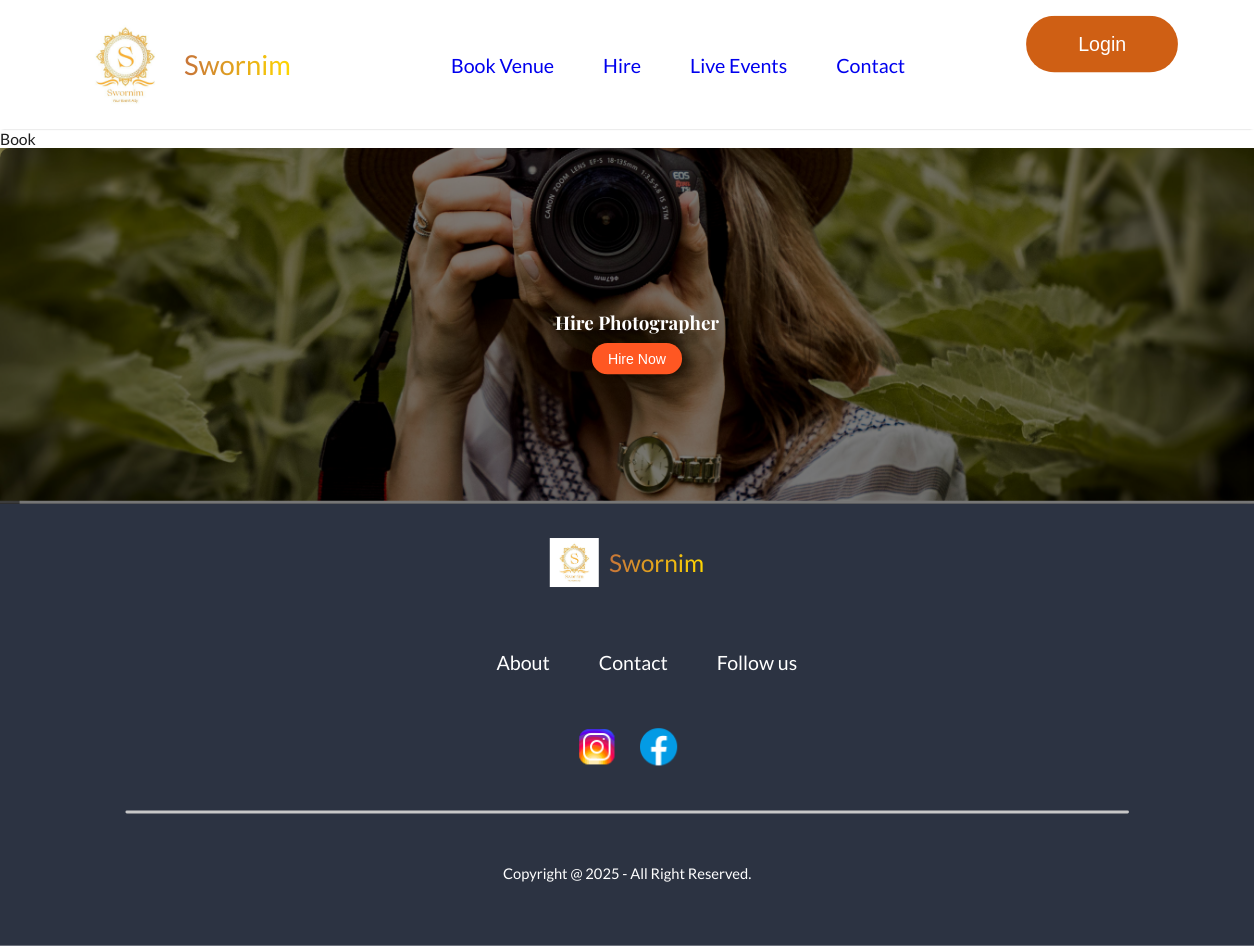
Repository: leonischu/Swornim
Page: / (app in frontend/)
An editor plug-in stored every save of this project. The page is shown before and after the next save, followed by the edit.
The browser window is 1280 px wide. The pictures show the whole page, at 98% of full size.
Pictures or frames that could not be fetched are drawn as grey boxes. The project was rebuilt for these pictures with package versions that can differ from the ones it lists, and the page was loaded fresh each time. Also part of the build but not shown: frontend/src/App.css, frontend/src/Pages/Contact.jsx, frontend/src/Pages/CSS/LoginSignup.css, frontend/src/Pages/LoginSignup.jsx.

Above is the page before, as saved 2025-05-31 20:48:20.

### frontend/public/index.html
<!DOCTYPE html>
<html lang="en">
  <head>
    <meta charset="utf-8" />
    <link rel="icon" href="%PUBLIC_URL%/favicon.ico" />
    <meta name="viewport" content="width=device-width, initial-scale=1" />
    <meta name="theme-color" content="#000000" />
    <meta
      name="description"
      content="Web site created using create-react-app"
    />
    <link rel="apple-touch-icon" href="%PUBLIC_URL%/logo192.png" />
    <!--
      manifest.json provides metadata used when your web app is installed on a
      user's mobile device or desktop. See https://developers.google.com/web/fundamentals/web-app-manifest/
    -->
    <link rel="manifest" href="%PUBLIC_URL%/manifest.json" />
    <link href="https://fonts.googleapis.com/css2?family=Lato:wght@400;600&family=Playfair+Display:wght@400;600;700&display=swap" rel="stylesheet">
    <!--
      Notice the use of %PUBLIC_URL% in the tags above.
      It will be replaced with the URL of the `public` folder during the build.
      Only files inside the `public` folder can be referenced from the HTML.

      Unlike "/favicon.ico" or "favicon.ico", "%PUBLIC_URL%/favicon.ico" will
      work correctly both with client-side routing and a non-root public URL.
      Learn how to configure a non-root public URL by running `npm run build`.
    -->
    <title>Swornim</title>
  </head>
  <body>
    <noscript>You need to enable JavaScript to run this app.</noscript>
    <div id="root"></div>
    <!--
      This HTML file is a template.
      If you open it directly in the browser, you will see an empty page.

      You can add webfonts, meta tags, or analytics to this file.
      The build step will place the bundled scripts into the <body> tag.

      To begin the development, run `npm start` or `yarn start`.
      To create a production bundle, use `npm run build` or `yarn build`.
    -->
  </body>
</html>

### frontend/src/index.css
body {
  margin: 0;
  font-family: -apple-system, BlinkMacSystemFont, 'Segoe UI', 'Roboto', 'Oxygen',
    'Ubuntu', 'Cantarell', 'Fira Sans', 'Droid Sans', 'Helvetica Neue',
    sans-serif;
  -webkit-font-smoothing: antialiased;
  -moz-osx-font-smoothing: grayscale;
  font-family: 'Lato', sans-serif ;
  color: rgb(29, 29, 29);
}
h1, h2, h3, h4, h5, h6 {
  font-family: 'Playfair Display', serif;
  color: rgb(23, 23, 23); /* Default heading color */
  font-weight: bold;
}
.body-medium {
  font-family: 'Lato', sans-serif;
  font-size: 16px;
  color: rgb(29, 29, 29);
}
.title-medium {
  font-family: 'Playfair Display', serif;
  font-size: 20px;
  font-weight: bold;
  color: rgb(23, 23, 23);
}
.headline-small {
  font-family: 'Playfair Display', serif;
  font-size: 24px;
  font-weight: bold;
  color: white; /* White for headings like "Book Venue" */
}

code {
  font-family: source-code-pro, Menlo, Monaco, Consolas, 'Courier New',
    monospace;
}

### frontend/src/App.js

import './App.css';
import { Navbar } from './Components/Navbar/Navbar';
import { BrowserRouter, Routes, Route } from 'react-router-dom';
import { Book } from './Pages/Book';
import { Contact } from './Pages/Contact';
import { LoginSignup } from './Pages/LoginSignup';
import { Footer} from './Components/Footer/Footer';
import Carousel from './Components/Carousel/Carousel';
function App() {
  return (
    <div>
      <BrowserRouter>
      <Navbar/>
       <Routes>
          <Route path='/' element={<Book/>}/>
          <Route path='/contact' element={<Contact/>}/>

          <Route path='/login' element={<LoginSignup/>}/>
          </Routes>
          <Carousel/>
         <Footer/>
      </BrowserRouter>
    </div>
  );
}

export default App;

### frontend/src/Components/Navbar/Navbar.jsx
import React, { useState } from 'react'
import './Navbar.css'

import logo from '../Assets/logo.jpg'
import { Link } from 'react-router-dom';
export const Navbar = () => {
    const [menu, setMenu] = useState(""); // State for active menu item

  return (
    <div className='navbar'>
      <div className='nav-logo'>
        <img src={logo} alt=""/>
        <p>Swornim</p>
      </div>
      <ul className="nav-menu">
        <li onClick={()=>{setMenu("book venue")}}><Link style={{ textDecoration: 'none' }}to='/'>Book Venue</Link>{menu==="book venue"?<hr/>:<></>}</li>
        <li onClick={()=>{setMenu("hire")}}><Link style={{ textDecoration: 'none' }}to='/hire'> Hire</Link>{menu==="hire"?<hr/>:<></>}</li>
        <li onClick={()=>{setMenu("live events")}}><Link style={{ textDecoration: 'none' }} to='/liveevents'>Live Events</Link>{menu==="live events"?<hr/>:<></>}</li>
        <li onClick={()=>{setMenu("contact")}}><Link style={{ textDecoration: 'none' }}  to='/contact'>Contact</Link >{menu==="contact"?<hr/>:<></>}</li>
      </ul>
      <div className='nav-login-cart'>
        <Link to='/login'><button>Login</button></Link>

      </div>
    </div>
  )
}

### frontend/src/Pages/Book.jsx
import React from 'react';


export const Book = () => {
  return (
    <div>Book</div>


  )
}

### frontend/src/Components/Footer/Footer.jsx
import React from 'react'
import './Footer.css'
import footer_logo from '../Assets/logo.jpg'
import instagram_icon from '../Assets/instagram_icon.png'
import facebook_icon from '../Assets/facebook_icon.png'

export const Footer = () => {
  return (
    <div className='footer'>
     <div className="footer_logo">
        <img src={footer_logo} alt='logo'/>
        <p>Swornim</p>
        </div>
        <ul className='footer-links'>
            <li>About</li>
            <li>Contact</li>
            <li>Follow us</li>
        </ul>
        <div className='footer-social-icon'>
            <div className='footer-icons-container'>
                <img src={instagram_icon} alt=""/>
            </div>
            <div className='footer-icons-container'>
                <img src={facebook_icon} alt=""/>
            </div>
        </div>
        <div className="footer-copyright">
            <hr />
            <p> Copyright @ 2025 - All Right Reserved. </p>
        </div>
    </div>
  )
}

### frontend/src/Components/Carousel/Carousel.jsx
import React from 'react';
import Slider from "react-slick";
import "slick-carousel/slick/slick.css";
import "slick-carousel/slick/slick-theme.css";
import "./Carousel.css";
const Carousel = () => {
  const settings = {
    dots: true,
    infinite: true,
    speed: 500,
    slidesToShow: 1,
    slidesToScroll: 1,
    autoplay: true,
    autoplaySpeed: 3000,
  };

  const slides = [
    {
      title: "Book Your Event",
      image: require("../Assets/venue.jpg"),
      buttonText: "Book Now",
    },
    {
      title: "Hire Photographer",
      image: require("../Assets/photographer.jpg"),
      buttonText: "Hire Now",
    },
    {
      title: "Hire Makeup Artist",
      image: require("../Assets/makeupartist.jpg"),
      buttonText: "Hire Now",
    },
    {
      title: "Get Into Live Events",
      image: require("../Assets/liveevent.jpg"),
      buttonText: "Explore Now",
    },
  ];

return (
  <div className="carousel-container">
    <Slider {...settings}>
      {slides.map((slide, index) => (
        <div key={index} className="carousel-slide">
          <img
            src={slide.image}
            alt={slide.title}
            className="carousel-image"
          />
          <div className="carousel-overlay">
            <h2 className="carousel-title">{slide.title}</h2>
            <button className="carousel-button">{slide.buttonText}</button>
          </div>
        </div>
      ))}
    </Slider>
  </div>
);
}

export default Carousel;

### frontend/src/Components/Navbar/Navbar.css
.navbar{
    display:flex;
    justify-content: space-around;
    padding: 16px;
    box-shadow: 0 1px 3px -2px black;
}
.nav-logo{
    display: flex;
    align-items: center;
    gap: 10px;
}
.nav-logo p {
    background: linear-gradient(to right, rgba(199, 116, 57, 1), #FFD700);
    -webkit-background-clip: text;
    -webkit-text-fill-color: transparent;
    background-clip: text; /* Optional for broader support */
    font-size: 28px;
    font-weight: 400;
}
.nav-logo img {
    width: 100px; /* Adjust the width of an image/icon */
    height: auto;
}
.nav-menu{
    display: flex;
    align-items: center;
    list-style: none;
    gap: 50px;
    color: black;
    font-size: 20px;
    font-weight: 500;

}
.nav-menu li{
    display: flex;
    flex-direction: column;
    align-items: center;
    justify-content: center;
    gap: 3px;
    cursor: pointer;

}
.nav-menu hr{
    border: none;
    width: 90%;
    height: 3px;
    border-radius: 15px;
    background: rgba(207, 95, 20, 1);

}
.nav-login-cart {
    display: flex; /* Flexbox layout */
    gap: 15px; /* Adjust the gap between buttons */
}
.nav-login-cart button{
    width: 155px;
    height: 58px;
    outline: none;
    border: 1px solid transparent;
    border-radius: 75px;
    background-color: rgba(207, 95, 20, 1);
    color: white;
    font-size: 20px;
    font-weight: 500;
    cursor: pointer;
}
.nav-login-cart button:active{
    background: rgba(44, 51, 66, 1);
}

### frontend/src/Components/Footer/Footer.css
.footer{
    display: flex;
    flex-direction: column;
    justify-content: center;
    align-items: center;
    gap: 30px;
    padding: 20px 0;
    background-color: rgba(44, 51, 66, 1);;

}
.footer_logo{
    display: flex;
    align-items: center;
    gap: 10px;

}
.footer_logo img {
    width: 50px; /* Adjust the width for the image */
    height: auto; /* Maintain aspect ratio */
}
.footer_logo p{
    /* color: orange; */
    background: linear-gradient(to right, rgba(199, 116, 57, 1), #FFD700);
    -webkit-background-clip: text;
    -webkit-text-fill-color: transparent;
    font-size: 25px;
    font-weight: 500;
}
.footer-links{
    display: flex;
    list-style: none;
    gap: 50px;
    color: white;
    font-size: 20px;
}
.footer-links li{
    cursor: pointer;
    transition: color 0.3s;
}
.footer-links li:hover{
    color: #ffa500;
}
.footer-social-icon{
    cursor: pointer;
    display: flex;
    gap: 15px;
}
.footer-icon-container{
    padding: 10px;
    padding-bottom: 6px;
    background: white;
    border: 1px solid #ebebeb;
}
.footer-icon-container img {
    width: 25px; /* Adjust icon size */
    height: 25px; /* Ensure icons are square */
    cursor: pointer;
}
.footer-copyright{
    display: flex;
    flex-direction: column;
    align-items: center;
    gap: 30px;
    width: 100%;
    margin-bottom: 30px;
    color: white;
    font-size: 15px;
    text-align: center;
}
.footer-copyright hr{
    width: 80%;
    border: none;
    border-radius: 10px;
    height: 3px;
    background: #c7c7c7;
}

### frontend/src/Components/Carousel/Carousel.css
/* Carousel container */
.carousel-container {
  width: 100vw;
  margin: 0 auto;
  overflow: hidden;
}

/* Each slide */
.carousel-slide {
  position: relative;
  display: flex;
  justify-content: center;
  align-items: center;
}

/* Image styles */
.carousel-image {
  width: 100vw;
  height: 50vh;    /* Half viewport height */
  object-fit: cover; /* Ensures the image fills the area without distortion */
  border-radius: 0;
  box-shadow: 0px 4px 8px rgba(0, 0, 0, 0.1);
}

/* Overlay styles */
.carousel-overlay {
  position: absolute;
  top: 0;
  left: 0;
  width: 100%;
  height: 100%;
  background: rgba(0, 0, 0, 0.5); /* Slightly darker overlay */
  display: flex;
  flex-direction: column;
  justify-content: center;
  align-items: center;
  border-radius: 10px;
  padding: 10px;
}

/* Title styles */
.carousel-title {
  color: white;
  font-size: 1.2rem; /* Smaller font size for titles */
  font-weight: bold;
  margin-bottom: 8px;
  text-align: center;
}

/* Button styles */
.carousel-button {
  background-color: #ff5722;
  color: white;
  padding: 8px 16px; /* Smaller padding for buttons */
  border: none;
  border-radius: 20px;
  font-size: 0.9rem; /* Smaller button font size */
  cursor: pointer;
  box-shadow: 0px 2px 6px rgba(0, 0, 0, 0.2);
  transition: background-color 0.3s ease;
}

.carousel-button:hover {
  background-color: #e64a19;
}

Loaded but not shown: frontend/src/index.js (common file); frontend/src/reportWebVitals.js (common file)

After the next save:
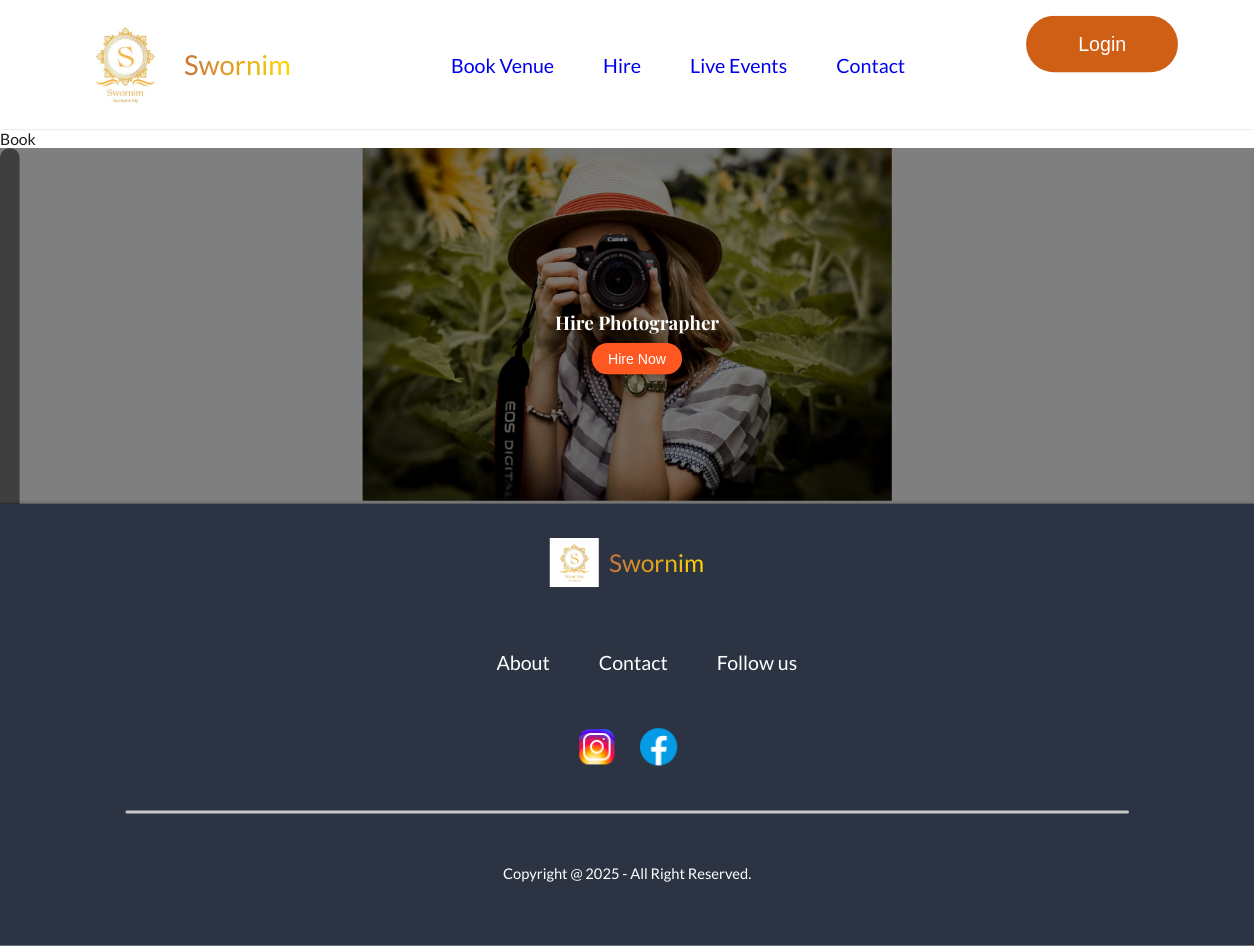
Saved 3 min 47 s later.
--- a/frontend/src/Components/Carousel/Carousel.css
+++ b/frontend/src/Components/Carousel/Carousel.css
@@ -17,7 +17,7 @@
 .carousel-image {
   width: 100vw;
   height: 50vh;    /* Half viewport height */
-  object-fit: cover; /* Ensures the image fills the area without distortion */
+  object-fit: contain;
   border-radius: 0;
   box-shadow: 0px 4px 8px rgba(0, 0, 0, 0.1);
 }

After the save that followed:
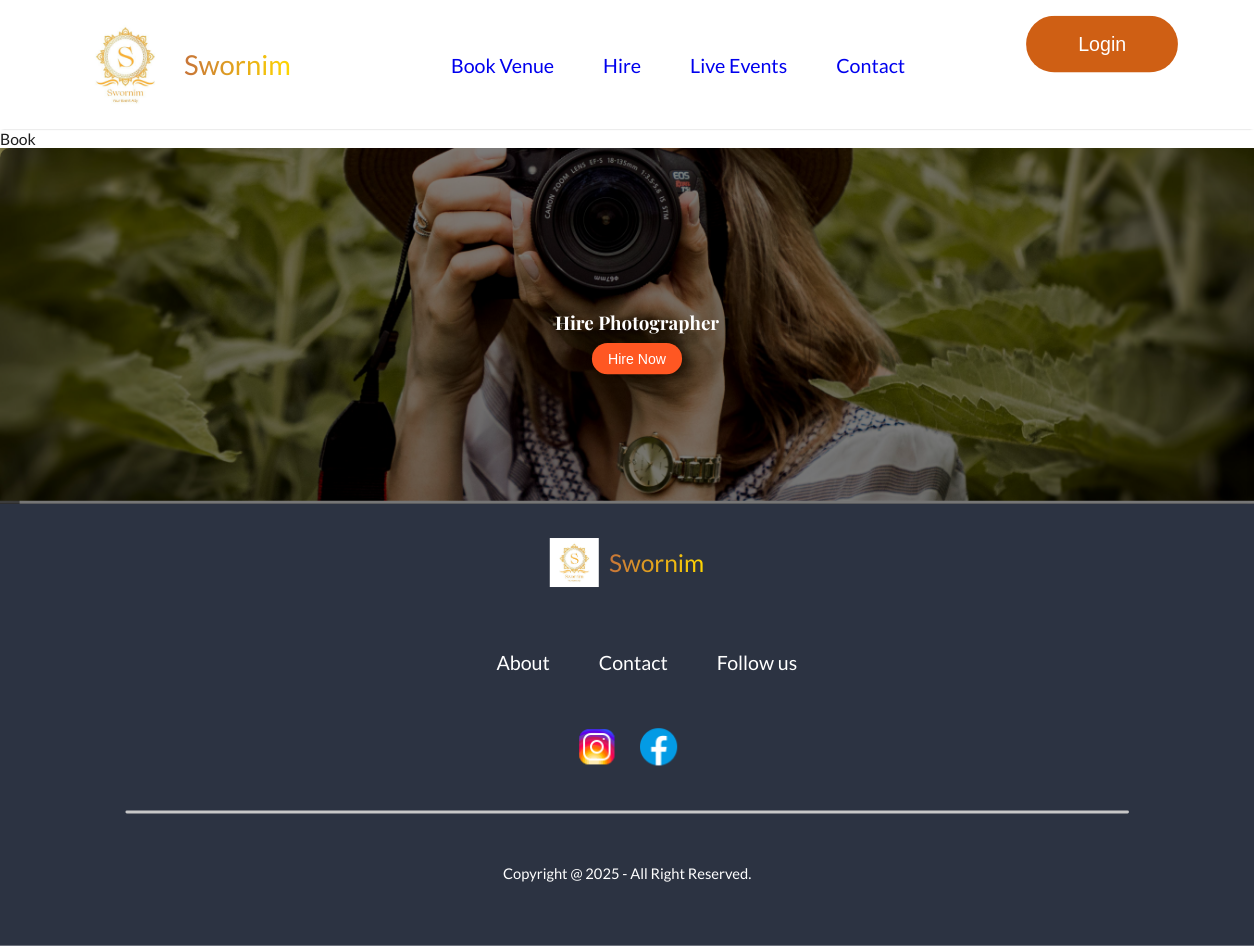
Saved 31 s later.
--- a/frontend/src/Components/Carousel/Carousel.css
+++ b/frontend/src/Components/Carousel/Carousel.css
@@ -17,7 +17,7 @@
 .carousel-image {
   width: 100vw;
   height: 50vh;    /* Half viewport height */
-  object-fit: contain;
+  object-fit: cover; /* Ensures the image fills the area without distortion */
   border-radius: 0;
   box-shadow: 0px 4px 8px rgba(0, 0, 0, 0.1);
 }
